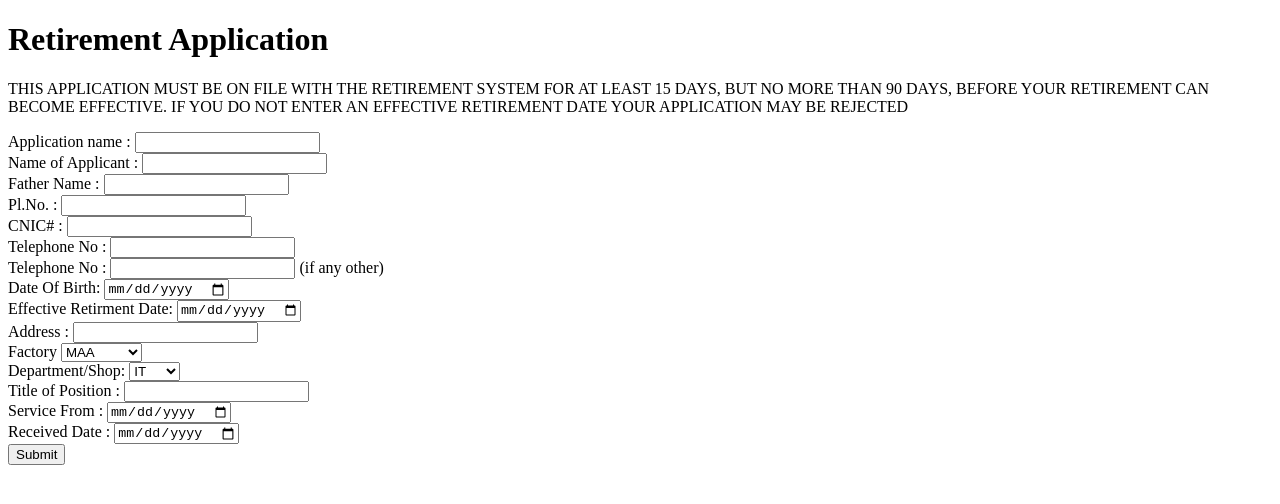
Repository: AQSA-ABDULLAH/RetirementManagmentSystem
Page: RetimentManagmentSystem/src/main/webapp/RetirementApplicationForm.html
These files come from the project's save history. The page is drawn as it stood at one moment and after the next save; the edit follows.
The browser window is 1280 px wide. The pictures show the whole page.

Above is the page before, as saved 2023-08-16 19:55:36.

After the next save:
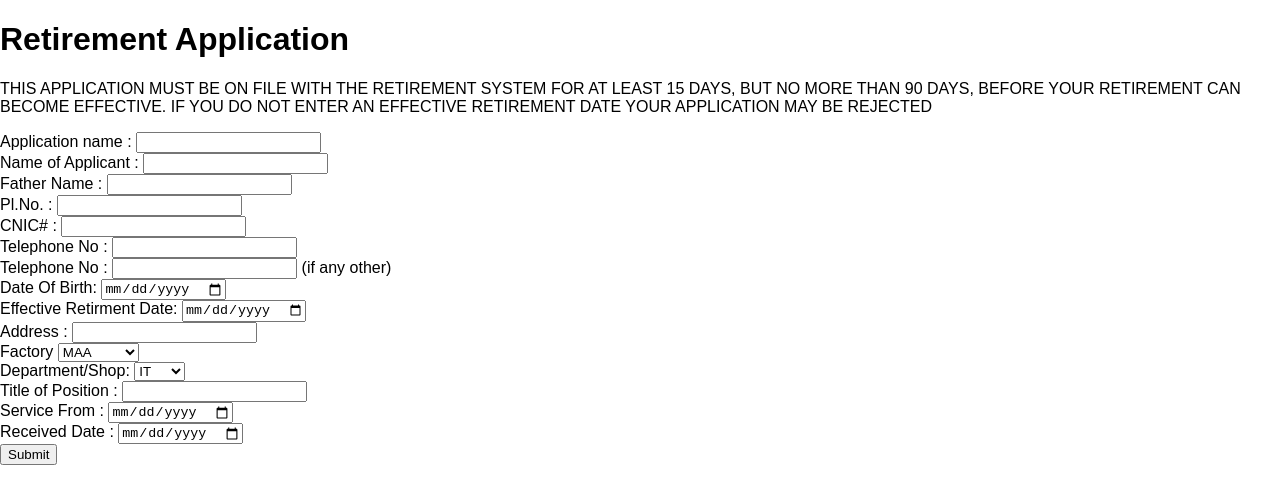
Saved 43 s later.
--- a/RetimentManagmentSystem/src/main/webapp/RetirementApplicationForm.html
+++ b/RetimentManagmentSystem/src/main/webapp/RetirementApplicationForm.html
@@ -3,6 +3,7 @@
 <head>
 <meta charset="ISO-8859-1">
 <title>Retirment Application</title>
+<link rel="stylesheet" type="text/css" href="Dashboard.css">
 </head>
 <body>
   <h1>Retirement Application</h1>
